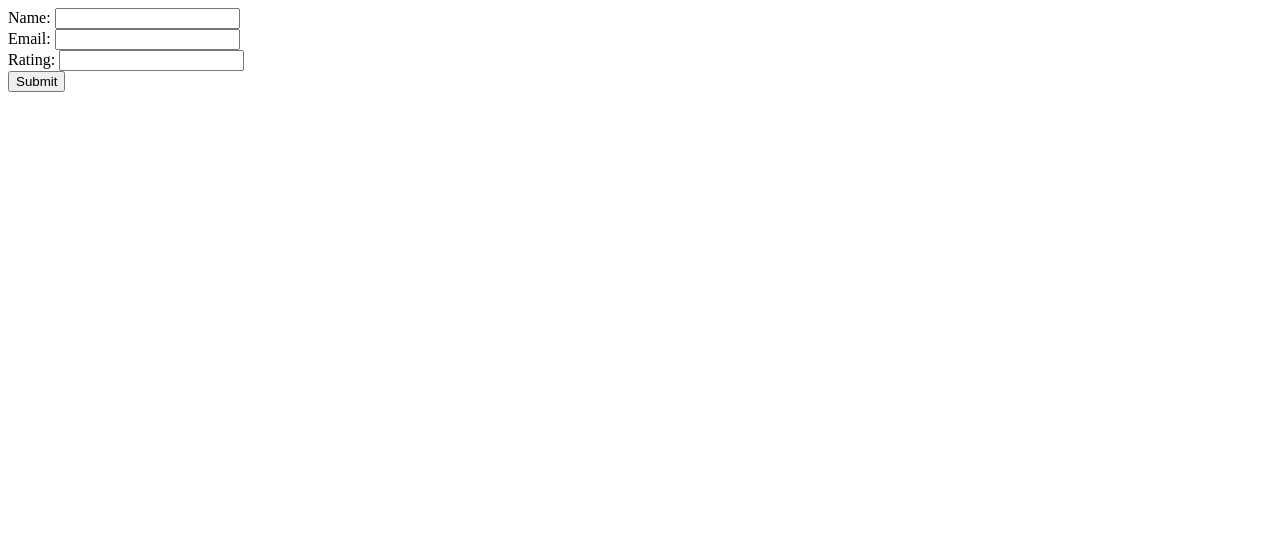
Repository: aya7abbal/Luxor-Customer-Form
Page: index2.html
The author's editor kept a copy of each file at every save. The page is drawn from the files as they stood at one save, then again after the next save.
The browser window is 1280 px wide. The pictures show the whole page.

Above is the page before, as saved 2023-10-19 21:35:22.

### index2.html
<!DOCTYPE html>
<html lang="en">
<head>
    <meta charset="UTF-8">
    <meta name="viewport" content="width=device-width, initial-scale=1.0">
    <style>
        .form-step {
            display: block;
            opacity: 1;
            transition: opacity 0.3s ease;
        }
    </style>
</head>
<body>
    <form id="review-form">
        <div class="form-step">
            <label for="name">Name:</label>
            <input type="text" id="name" name="name">
        </div>
        <div class="form-step">
            <label for="email">Email:</label>
            <input type="email" id="email" name="email">
        </div>
        <div class="form-step">
            <label for="rating">Rating:</label>
            <input type="number" id="rating" name="rating">
        </div>
        <!-- Add more fields as needed -->
        <button type="submit">Submit</button>
    </form>

    <script>
        const formSteps = document.querySelectorAll(".form-step");

        formSteps.forEach((step, index) => {
            const input = step.querySelector('input');

            input.addEventListener('input', (event) => {
                if (event.target.value) {
                    // If the input is not empty, focus on the next step's input
                    if (formSteps[index + 1]) {
                        formSteps[index + 1].querySelector('input').focus();
                    }
                }
            });
        });
    </script>
</body>
</html>

After the next save:
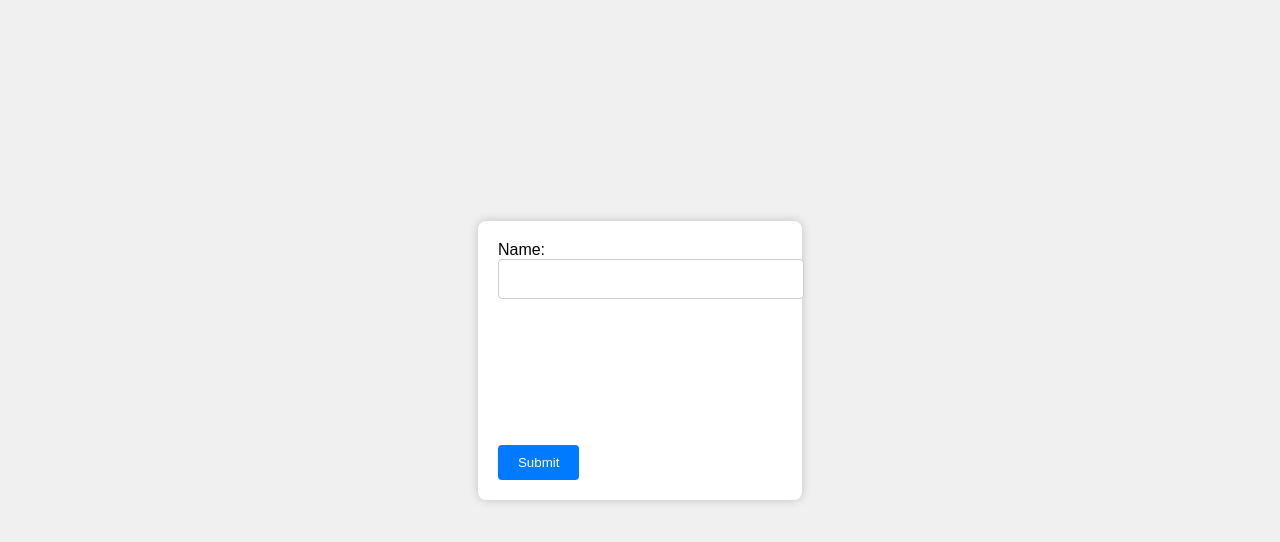
Saved 2 min 38 s later.
--- a/index2.html
+++ b/index2.html
@@ -4,30 +4,72 @@
     <meta charset="UTF-8">
     <meta name="viewport" content="width=device-width, initial-scale=1.0">
     <style>
+        body {
+            font-family: Arial, sans-serif;
+            background-color: #f0f0f0;
+            display: flex;
+            justify-content: center;
+            align-items: center;
+            height: 100vh;
+            margin: 0;
+        }
+
+        .form-container {
+            background-color: #fff;
+            border-radius: 8px;
+            box-shadow: 0 0 10px rgba(0, 0, 0, 0.2);
+            padding: 20px;
+        }
+
         .form-step {
-            display: block;
+            opacity: 0;
+            transform: translateY(20px);
+            transition: opacity 0.3s ease, transform 0.3s ease;
+            margin-bottom: 10px;
+        }
+
+        .form-step.active {
             opacity: 1;
-            transition: opacity 0.3s ease;
+            transform: translateY(0);
+        }
+
+        input {
+            width: 100%;
+            padding: 10px;
+            border: 1px solid #ccc;
+            border-radius: 4px;
+            font-size: 16px;
+        }
+
+        button {
+            background-color: #007BFF;
+            color: #fff;
+            border: none;
+            border-radius: 4px;
+            padding: 10px 20px;
+            cursor: pointer;
         }
     </style>
 </head>
 <body>
-    <form id="review-form">
-        <div class="form-step">
-            <label for="name">Name:</label>
-            <input type="text" id="name" name="name">
-        </div>
-        <div class="form-step">
-            <label for="email">Email:</label>
-            <input type="email" id="email" name="email">
-        </div>
-        <div class="form-step">
-            <label for="rating">Rating:</label>
-            <input type="number" id="rating" name="rating">
-        </div>
-        <!-- Add more fields as needed -->
-        <button type="submit">Submit</button>
-    </form>
+    <div class="form-container">
+        <form id="review-form">
+            <div class="form-step">
+                <label for="name">Name:</label>
+                <input type="text" id="name" name="name">
+            </div>
+            <div class="form-step">
+                <label for="email">Email:</label>
+                <input type="email" id="email" name="email">
+            </div>
+            <div class="form-step">
+                <label for="rating">Rating:</label>
+                <input type="number" id="rating" name="rating">
+            </div>
+            <!-- Add more fields as needed -->
+            <button type="submit">Submit</button>
+        </form>
+    </div>
 
     <script>
         const formSteps = document.querySelectorAll(".form-step");
@@ -37,13 +79,16 @@
 
             input.addEventListener('input', (event) => {
                 if (event.target.value) {
-                    // If the input is not empty, focus on the next step's input
                     if (formSteps[index + 1]) {
                         formSteps[index + 1].querySelector('input').focus();
+                        formSteps[index + 1].classList.add("active");
                     }
                 }
             });
         });
+
+        // Initialize the first step
+        formSteps[0].classList.add("active");
     </script>
 </body>
 </html>
